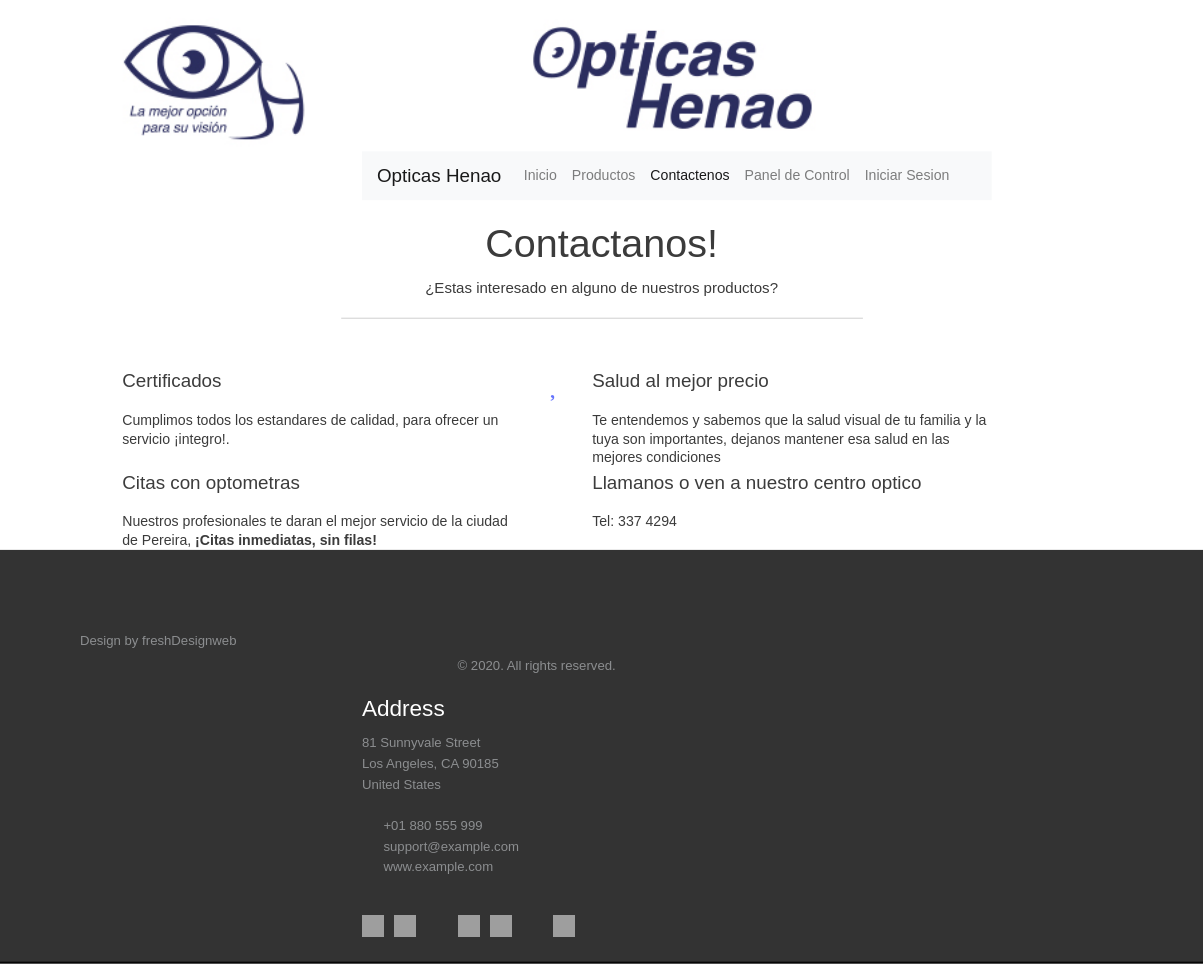
Repository: camilo1505/optometra
Page: contactanos.html
An editor plug-in stored every save of this project. The page is shown before and after the next save, followed by the edit.
The browser window is 1280 px wide. The pictures show the whole page, at 94% of full size.
Pictures or frames that could not be fetched are drawn as grey boxes. Some web fonts or font styles are not loaded; a fallback is used.

Above is the page before, as saved 2019-04-14 21:57:57.
Console error (its wording comes from the project's code and is left out).

After the next save:
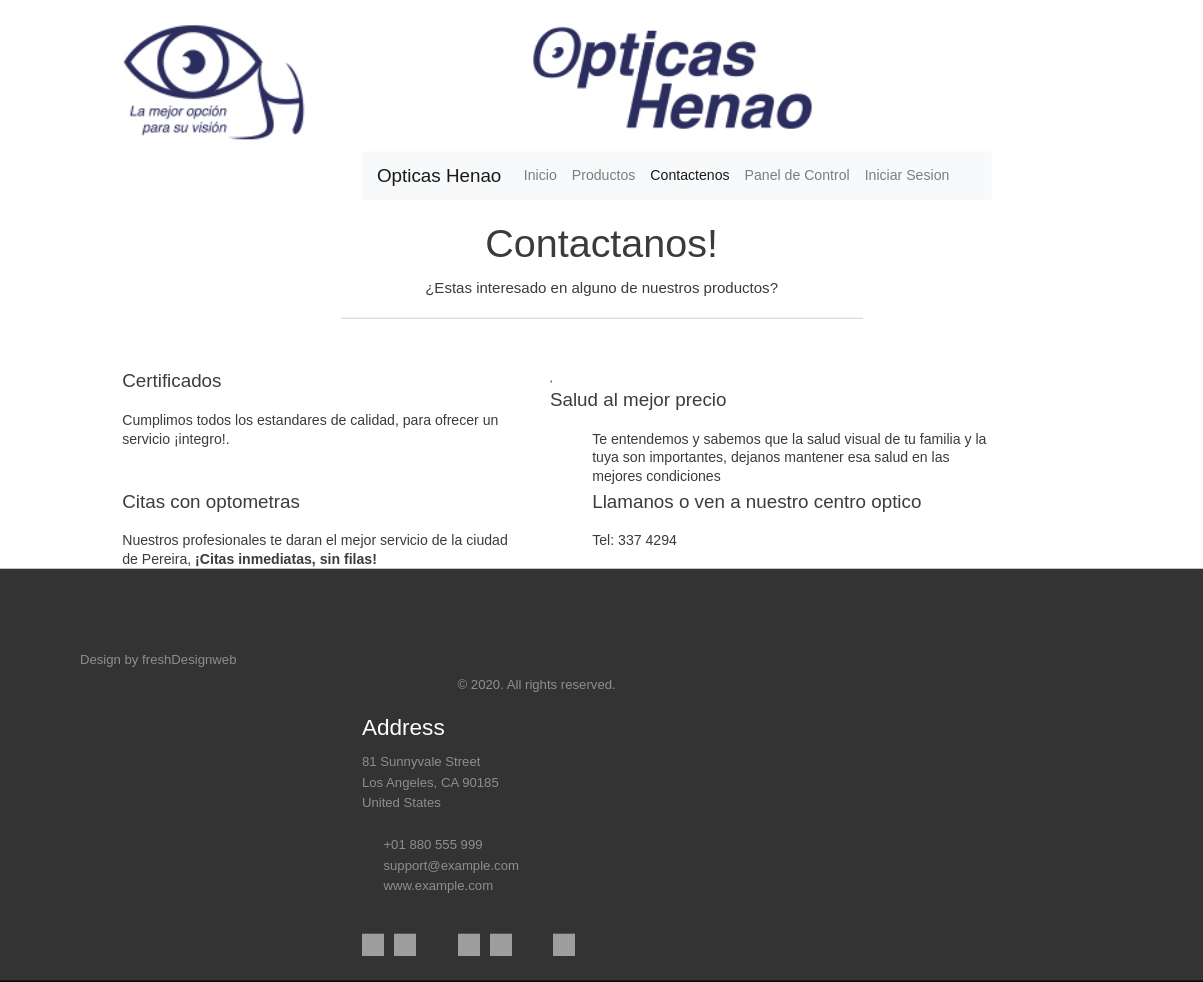
Saved 15 s later.
--- a/contactanos.html
+++ b/contactanos.html
@@ -81,7 +81,7 @@
             </div>
             <!-- Service Container End -->
             <div class="span5">
-              <div class="ic-1"><i class="icon-heart"></i></div>
+              <div class="ic-2"><i class="icon-heart"></i></div>
               <div class="title-1">
                 <h4>Salud al mejor precio</h4>
               </div>

After the save that followed:
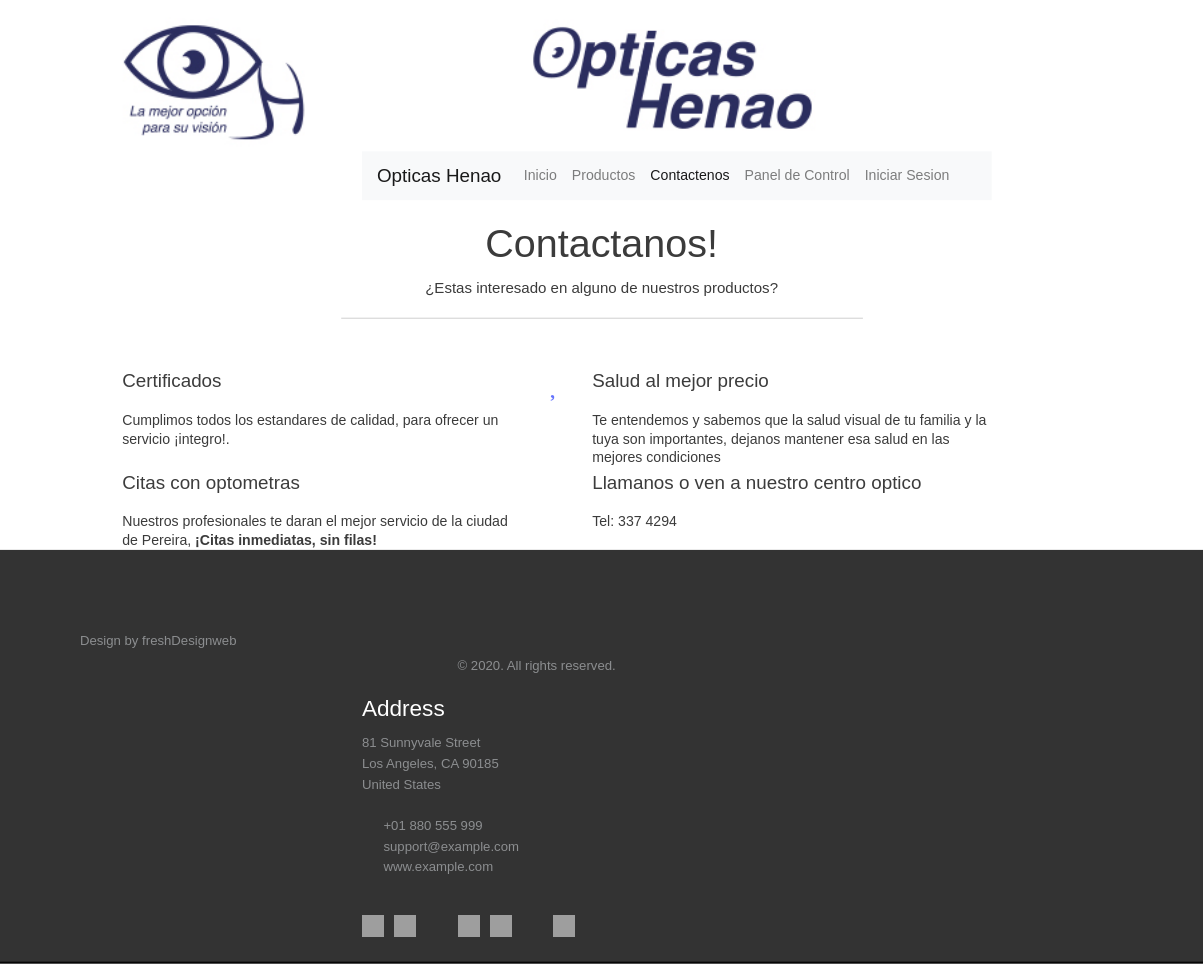
Saved 9 s later.
--- a/contactanos.html
+++ b/contactanos.html
@@ -81,7 +81,7 @@
             </div>
             <!-- Service Container End -->
             <div class="span5">
-              <div class="ic-2"><i class="icon-heart"></i></div>
+              <div class="ic-1"><i class="icon-heart"></i></div>
               <div class="title-1">
                 <h4>Salud al mejor precio</h4>
               </div>
